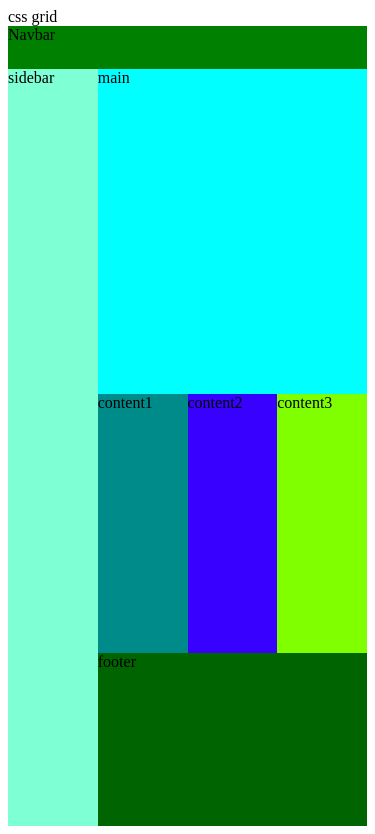
Repository: miraclesamson/cssgrid
Page: index.html
An editor plug-in stored every save of this project. The page is shown before and after the next save, followed by the edit.
The browser window is 375 px wide. The pictures show the whole page.

Above is the page before, as saved 2022-06-24 12:55:37.

### index.html
<!DOCTYPE html>
<html lang="en">

<head>
    <meta charset="UTF-8">
    <meta http-equiv="X-UA-Compatible" content="IE=edge">
    <meta name="viewport" content="width=device-width, initial-scale=1.0">
    <link rel="stylesheet" href="./style.css" <title>css grid</title>
</head>

<body>
    <div class="container">
        <nav>Navbar</nav>
        <main>main</main>
        <div id="sidebar">sidebar</div>
        <div id="content1">content1</div>
        <div id="content2">content2</div>
        <div id="content3">content3</div>
        <div id="footer">footer</div>

    </div>

</body>

</html>

### style.css
.container {
  display: grid;
  height: 100vh;
  grid-template-columns: 1fr 1fr 1fr 1fr;
  grid-template-rows: 0.2fr 1.5fr 1.2fr 0.8fr;
  grid-template-areas:
    "nav nav nav nav"
    "sidebar main main main"
    "sidebar content1 content2 content3"
    "sidebar footer footer footer";
}
nav {
  background: green;
  grid-area: nav;
}
main {
  background: aqua;
  grid-area: main;
}
#sidebar {
  background: aquamarine;
  grid-area: sidebar;
}
#content1 {
  background: darkcyan;
  grid-area: content1;
}
#content2 {
  background: rgb(55, 0, 255);
  grid-area: content2;
}
#content3 {
  background: chartreuse;
  grid-area: content3;
}
#footer {
  background: darkgreen;
  grid-area: footer;
}

After the next save:
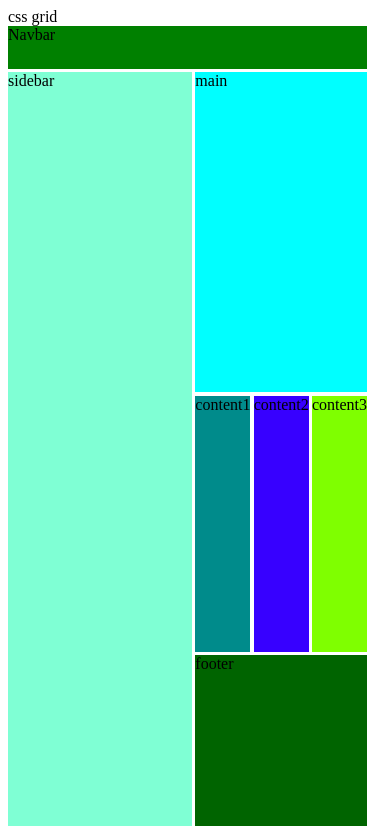
Saved 7 min 6 s later.
--- a/style.css
+++ b/style.css
@@ -8,6 +8,7 @@
     "sidebar main main main"
     "sidebar content1 content2 content3"
     "sidebar footer footer footer";
+  grid-gap: 0.2rem;
 }
 nav {
   background: green;
@@ -37,3 +38,9 @@ main {
   background: darkgreen;
   grid-area: footer;
 }
+@media only screen and (max-width: 550px) {
+  .container {
+    grid-template-columns: 1fr;
+    grid-template-rows: 0.4fr 0.4fr 2.2fr 1, 2fr 1.2fr 1.2fr 1fr;
+  }
+}
